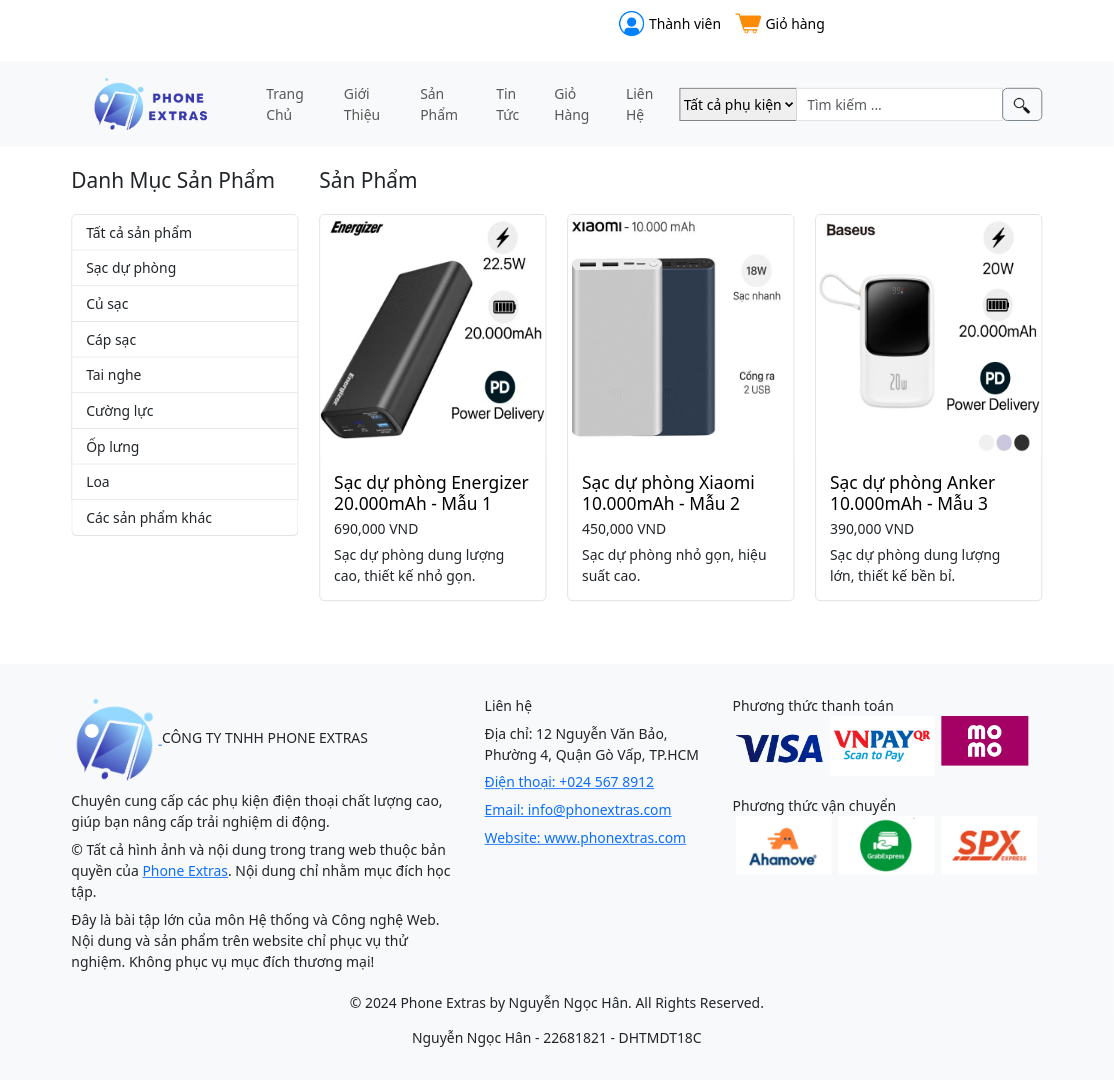
Repository: munnkawaii/BTL-PhoneExtras
Page: html/products.html
The author's editor kept a copy of each file at every save. The page is drawn from the files as they stood at one save, then again after the next save.
The browser window is 1280 px wide. The pictures show the whole page, at 87% of full size.

Above is the page before, as saved 2024-11-16 00:15:45.

### html/products.html
<!DOCTYPE html>
<html lang="vi">
<head>
    <meta charset="UTF-8">
    <meta name="viewport" content="width=device-width, initial-scale=1.0">
    <title>Phone Extras - Sản Phẩm</title>
    <link rel="stylesheet" href="../css/style.css">
    <link rel="stylesheet" href="../css/bootstrap.min.css">
    <link rel="icon" href="../img/logo/logopng.png" type="image/png">
    <script src="../js/jquery-3.6.1.js"></script>
    <script src="../js/bootstrap.bundle.min.js"></script>
</head>

<style>
    .list-group-item:hover {
        background-color: #d0e7ff;
        font-weight: bold;
    }

    .card-title a {
        color: black;
        text-decoration: none;
    }

    .card-img-top {
        height: 280px;

    }

    .card:hover .card-title a {
        color: gray;
        text-decoration: none;
    }


    .card {
        border: 1px solid #ddd;
        transition: transform 0.3s ease;
    }

    .card:hover {
        transform: scale(1.05);
    }

</style>

<script>
    $(document).ready(function() {
        // Khi nhấp vào sản phẩm, hiển thị modal tương ứng
        $('[data-toggle="modal"]').click(function() {
            var targetModal = $(this).data('target');
            $(targetModal).modal('show');
        });

        // Đóng modal khi nhấp vào nút đóng
        $('.modal .close').click(function() {
            $(this).closest('.modal').modal('hide');
        });

        // Hàm thêm sản phẩm vào giỏ hàng
        function addToCart(product) {
            let cart = JSON.parse(localStorage.getItem('cart')) || [];
            let existingProduct = cart.find(item => item.id === product.id);

            if (existingProduct) {
                existingProduct.quantity += 1;
            } else {
                cart.push({ ...product, quantity: 1 });
            }

            localStorage.setItem('cart', JSON.stringify(cart));
            alert("Đã thêm sản phẩm vào giỏ hàng!");
        }

        // Xử lý sự kiện click cho nút "Thêm vào giỏ hàng"
        $('.add-to-cart').click(function (e) {
            e.preventDefault();
            const product = {
                id: $(this).data('id'),
                name: $(this).data('name'),
                price: $(this).data('price'),
                image: $(this).data('image'),
            };
            addToCart(product);
        });
    });
</script>
<body>
    <!-- Header -->
    <header>
        <!-- top header -->
        <div class="container-fluid">
            <div class="row" id="top-header">
                <div class="col-md-9 my-2 p-1">
                    <ul id="top-contact" class="list-inline d-flex justify-content-end">
                        <li class="list-inline-item mx-2">
                            <a href="./html/thanh-vien.html" class="contact-link">
                                <img src="../img/icon/person.png" alt="" style="width: 30px; height: 30px; margin-right: 5px;">
                                <i class="fa-solid fa-users"></i> Thành viên
                            </a>
                        </li>
                        <li class="list-inline-item mx-2">
                            <a href="../html/cart.html" class="contact-link">
                                <img src="../img/icon/cart.png" alt="" style="width: 30px; height: 30px; margin-right: 5px;">
                                <i class="fa-solid fa-cart-shopping"></i> Giỏ hàng
                            </a>
                        </li>
                    </ul>
                </div>
            </div>
        </div>
    </header>

    <!-- Navigation -->
    <div class="fixed-nav">
        <nav class="navbar navbar-expand-lg navbar-light bg-light">
            <div class="container">
                <a href="index.html" class="navbar-brand">
                    <img src="../img/logo/pelogo.png" alt="Phone Extras Logo" style="height: auto; max-width: 200px;">
                </a>
                <button class="navbar-toggler" type="button" data-toggle="collapse" data-target="#navbarNav" aria-controls="navbarNav" aria-expanded="false" aria-label="Toggle navigation">
                    <span class="navbar-toggler-icon"></span>
                </button>
                <div class="collapse navbar-collapse" id="navbarNav">
                    <ul class="navbar-nav mx-auto">
                        <li class="nav-item"><a class="nav-link" href="../html/index.html">Trang Chủ</a></li>
                        <li class="nav-item"><a class="nav-link" href="../html/about.html">Giới Thiệu</a></li>
                        <li class="nav-item"><a class="nav-link" href="../html/products.html">Sản Phẩm</a></li>
                        <li class="nav-item"><a class="nav-link" href="../html/news.html">Tin Tức</a></li>
                        <li class="nav-item"><a class="nav-link" href="../html/cart.html">Giỏ Hàng</a></li>
                        <li class="nav-item"><a class="nav-link" href="../html/contact.html">Liên Hệ</a></li>
                    </ul>
                    <form id="nav-form-search" class="form-inline my-2 my-lg-0">
                        <!-- mục tìm kiếm -->
                        <div class="input-group" id="input-search-top">
                            <!-- Danh mục sản phẩm -->
                            <select name="" id="select-product-category" class="custom-select">
                                <option value="all">Tất cả phụ kiện</option>
                                <option value="case">Ốp lưng</option>
                                <option value="cable">Cáp sạc</option>
                                <option value="earphone">Tai nghe</option>
                                <option value="screen-protector">Cường lực</option>
                                <option value="power-bank">Sạc dự phòng</option>
                            </select>

                            <!-- Mục tìm kiếm -->
                            <input type="text" class="form-control" placeholder="Tìm kiếm ...">
                            <div class="input-group-append">
                                <button class="btn btn-outline-secondary bg-light" type="submit">
                                    <i class="fas fa-search"></i>
                                    <img src="../img/icon/search.png" alt="" width="20px">
                                </button>
                            </div>
                        </div>
                    </form>
                </div>
            </div>
        </nav>
    </div>

    <!-- Main Content -->
    <div class="container">
        <div class="row">
            <!-- Sidebar -->
            <div class="col-lg-3 col-md-4 col-sm-12">
                <h4 class="my-4">Danh Mục Sản Phẩm</h4>
                <div class="list-group">
                    <a href="../html/products.html" class="list-group-item">Tất cả sản phẩm</a>
                    <a href="../html/products/powerbank.html" class="list-group-item">Sạc dự phòng</a>
                    <a href="../html/products/charge.html" class="list-group-item">Củ sạc</a>
                    <a href="../html/products/cable.html" class="list-group-item">Cáp sạc</a>
                    <a href="../html/products/earphone.html" class="list-group-item">Tai nghe</a>
                    <a href="../html/products/screenprotector.html" class="list-group-item">Cường lực</a>
                    <a href="../html/products/case.html" class="list-group-item">Ốp lưng</a>
                    <a href="../html/products/speaker.html" class="list-group-item">Loa</a>
                    <a href="../html/products/more.html" class="list-group-item">Các sản phẩm khác</a>
                </div>
            </div>

            <!-- Product Grid -->
            <div class="col-lg-9 col-md-8 col-sm-12">
                <h4 class="my-4">Sản Phẩm</h4>
                <div class="row">
                    <div class="col-lg-4 col-md-6 mb-4">
                        <div class="card h-100">
                            <a href="#" data-toggle="modal" data-target="#productModal1"><img class="card-img-top" src="../img/sacdp/mau1.jpg" alt="Product 1"></a>
                            <div class="card-body">
                                <h5 class="card-title">
                                    <a href="#" data-toggle="modal" data-target="#productModal1">Sạc dự phòng Energizer 20.000mAh - Mẫu 1</a>
                                </h5>
                                <h6>690,000 VND</h6>
                                <p class="card-text">Sạc dự phòng dung lượng cao, thiết kế nhỏ gọn.</p>
                            </div>
                        </div>
                    </div>

                    <div class="col-lg-4 col-md-6 mb-4">
                        <div class="card h-100">
                            <a href="#" data-toggle="modal" data-target="#productModal2"><img class="card-img-top" src="../img/sacdp/mau2.png" alt="Product 2"></a>
                            <div class="card-body">
                                <h5 class="card-title">
                                    <a href="#" data-toggle="modal" data-target="#productModal2">Sạc dự phòng Xiaomi 10.000mAh - Mẫu 2</a>
                                </h5>
                                <h6>450,000 VND</h6>
                                <p class="card-text">Sạc dự phòng nhỏ gọn, hiệu suất cao.</p>
                            </div>
                        </div>
                    </div>

                    <div class="col-lg-4 col-md-6 mb-4">
                        <div class="card h-100">
                            <a href="#" data-toggle="modal" data-target="#productModal3"><img class="card-img-top" src="../img/sacdp/mau3.png" alt="Product 3"></a>
                            <div class="card-body">
                                <h5 class="card-title">
                                    <a href="#" data-toggle="modal" data-target="#productModal3">Sạc dự phòng Anker 10.000mAh - Mẫu 3</a>
                                </h5>
                                <h6>390,000 VND</h6>
                                <p class="card-text">Sạc dự phòng dung lượng lớn, thiết kế bền bỉ.</p>
                            </div>
                        </div>
                    </div>
                </div>
            </div>
        </div>
    </div>

    <!-- Product Modals -->
    <div class="modal fade" id="productModal1" tabindex="-1" role="dialog" aria-labelledby="productModalLabel1" aria-hidden="true">
        <div class="modal-dialog modal-lg" role="document">
            <div class="modal-content">
                <div class="modal-header">
                    <h5 class="modal-title" id="productModalLabel1">Sạc dự phòng Energizer 20.000mAh - Mẫu 1</h5>
                    <button type="button" class="close" data-dismiss="modal" aria-label="Close">
                        <span aria-hidden="true">&times;</span>
                    </button>
                </div>
                <div class="modal-body">
                    <div class="row">
                        <div class="col-md-6">
                            <img src="../img/sacdp/mau1.jpg" class="img-fluid" alt="Product 1">
                        </div>
                        <div class="col-md-6">
                            <h4>690,000 VND</h4>
                            <p>Sạc dự phòng dung lượng cao, thiết kế nhỏ gọn.</p>
                            <p>Thông số kỹ thuật:</p>
                            <ul>
                                <li>Dung lượng: 20.000mAh</li>
                                <li>Đầu ra: 2 cổng USB</li>
                                <li>Đầu vào: Micro USB, USB-C</li>
                                <li>Kích thước: 150 x 70 x 20 mm</li>
                                <li>Trọng lượng: 300g</li>
                            </ul>
                            <a href="#" class="btn btn-primary add-to-cart" data-id="1" data-name="Sạc dự phòng Energizer 20.000mAh - Mẫu 1" data-price="690000" data-image="../img/sacdp/mau1.jpg">Thêm vào giỏ hàng</a>
                        </div>
                    </div>
                </div>
            </div>
        </div>
    </div>

    <div class="modal fade" id="productModal2" tabindex="-1" role="dialog" aria-labelledby="productModalLabel2" aria-hidden="true">
        <div class="modal-dialog modal-lg" role="document">
            <div class="modal-content">
                <div class="modal-header">
                    <h5 class="modal-title" id="productModalLabel2">Sạc dự phòng Xiaomi 10.000mAh - Mẫu 2</h5>
                    <button type="button" class="close" data-dismiss="modal" aria-label="Close">
                        <span aria-hidden="true">&times;</span>
                    </button>
                </div>
                <div class="modal-body">
                    <div class="row">
                        <div class="col-md-6">
                            <img src="../img/sacdp/mau2.png" class="img-fluid" alt="Product 2">
                        </div>
                        <div class="col-md-6">
                            <h4>450,000 VND</h4>
                            <p>Sạc dự phòng nhỏ gọn, hiệu suất cao.</p>
                            <p>Thông số kỹ thuật:</p>
                            <ul>
                                <li>Dung lượng: 10.000mAh</li>
                                <li>Đầu ra: 2 cổng USB</li>
                                <li>Đầu vào: Micro USB, USB-C</li>
                                <li>Kích thước: 130 x 60 x 20 mm</li>
                                <li>Trọng lượng: 250g</li>
                            </ul>
                            <a href="#" class="btn btn-primary add-to-cart" data-id="2" data-name="Sạc dự phòng Xiaomi 10.000mAh - Mẫu 2" data-price="450000" data-image="../img/sacdp/mau2.jpg">Thêm vào giỏ hàng</a>
                        </div>
                    </div>
                </div>
            </div>
        </div>
    </div>

    <div class="modal fade" id="productModal3" tabindex="-1" role="dialog" aria-labelledby="productModalLabel3" aria-hidden="true">
        <div class="modal-dialog modal-lg" role="document">
            <div class="modal-content">
                <div class="modal-header">
                    <h5 class="modal-title" id="productModalLabel3">Sạc dự phòng Anker 15.000mAh - Mẫu 3</h5>
                    <button type="button" class="close" data-dismiss="modal" aria-label="Close">
                        <span aria-hidden="true">&times;</span>
                    </button>
                </div>
                <div class="modal-body">
                    <div class="row">
                        <div class="col-md-6">
                            <img src="../img/sacdp/mau3.png" class="img-fluid" alt="Product 3">
                        </div>
                        <div class="col-md-6">
                            <h4>550,000 VND</h4>
                            <p>Sạc dự phòng dung lượng lớn, thiết kế bền bỉ.</p>
                            <p>Thông số kỹ thuật:</p>
                            <ul>
                                <li>Dung lượng: 15.000mAh</li>
                                <li>Đầu ra: 2 cổng USB</li>
                                <li>Đầu vào: Micro USB, USB-C</li>
                                <li>Kích thước: 140 x 65 x 20 mm</li>
                                <li>Trọng lượng: 280g</li>
                            </ul>
                            <a href="#" class="btn btn-primary add-to-cart" data-id="3" data-name="Sạc dự phòng Anker 15.000mAh - Mẫu 3" data-price="550000" data-image="../img/sacdp/mau3.jpg">Thêm vào giỏ hàng</a>
                        </div>
                    </div>
                </div>
            </div>
        </div>
    </div>

    <!-- Footer Start -->
    <div id="footer" class="mt-5 w-100">
        <div class="container">
            <div id="footer-main">
                <div class="row">
                    <!-- About Us -->
                    <div class="col-md-5 mt-3">
                        <div class="brand-name">
                            <a href="../html/index.html">
                                <img src="../img/logo/logopng.png" style="width: 100px;" alt="logo">
                            </a>
                            <span class="company-name">CÔNG TY TNHH PHONE EXTRAS</span>
                        </div>
                        <div class="about mt-2">
                            <span class="contact-icon"><i class="fa-solid fa-bookmark"></i></span>
                            <div class="contact-detail">
                                Chuyên cung cấp các phụ kiện điện thoại chất lượng cao, giúp bạn nâng cấp trải nghiệm di động.
                            </div>
                        </div>
                        <div class="copyright mt-2">
                            <span class="contact-icon"><i class="fa-solid fa-check"></i></span>
                            <div class="contact-detail">
                                © Tất cả hình ảnh và nội dung trong trang web thuộc bản quyền của
                                <a href="https://phonextras.com/">Phone Extras</a>. Nội dung chỉ nhằm mục đích học tập.
                            </div>
                        </div>
                        <div class="project-purpose mt-2">
                            <span class="contact-icon"><i class="fa-solid fa-school"></i></span>
                            <div class="contact-detail">
                                Đây là bài tập lớn của môn Hệ thống và Công nghệ Web. Nội dung và sản phẩm trên website chỉ phục vụ thử nghiệm. Không phục vụ mục đích thương mại!
                            </div>
                        </div>
                    </div>

                    <!-- Contact -->
                    <div class="col-md-3 mt-3">
                        <div class="contact-title">
                            <span class="company-name">Liên hệ</span>
                        </div>
                        <div class="address mt-2">
                            <span class="contact-icon"><i class="fa-solid fa-location-dot"></i></span>
                            <div class="contact-detail">Địa chỉ: 12 Nguyễn Văn Bảo, Phường 4, Quận Gò Vấp, TP.HCM</div>
                        </div>
                        <div class="phone mt-2">
                            <span class="contact-icon"><i class="fa-solid fa-phone"></i></span>
                            <div class="contact-detail">
                                <a href="tel:+028 123 4567">Điện thoại: +024 567 8912</a>
                            </div>
                        </div>
                        <div class="email mt-2">
                            <span class="contact-icon"><i class="fa-solid fa-envelope"></i></span>
                            <div class="contact-detail">
                                <a href="mailto:info@phonextras.com">Email: info@phonextras.com</a>
                            </div>
                        </div>
                        <div class="website mt-2">
                            <span class="contact-icon"><i class="fa-solid fa-globe"></i></span>
                            <div class="contact-detail">
                                <a href="https://phonextras.com/">Website: www.phonextras.com</a>
                            </div>
                        </div>
                    </div>

                    <!-- Follow Us -->
                    <div class="col-md-4 mt-3">
                        <div class="payment-methods mb-3">
                            <span class="company-name">Phương thức thanh toán</span>
                            <ul class="nav">
                                <li class="mx-1"><img src="../img/icon/visa.png" alt="payment1" width="100px"></li>
                                <li class="mx-1"><img src="../img/icon/vnpay.png" alt="payment2" width="120px"></li>
                                <li class="mx-1"><img src="../img/icon/momo.png" alt="payment3" width="100px" height="57px" ></li>
                            </ul>
                        </div>
                        <div class="shipping-methods mb-3">
                            <span class="company-name">Phương thức vận chuyển</span>
                            <ul class="nav">
                                <li class="mx-1"><img src="../img/icon/shipment1.png" alt="shipment1" width="110px"></li>
                                <li class="mx-1"><img src="../img/icon/shipment2.png" alt="shipment2" width="110px"></li>
                                <li class="mx-1"><img src="../img/icon/shipment3.png" alt="shipment3" width="110px"></li>
                            </ul>
                        </div>
                    </div>
                </div>
            </div>

            <!-- Footer Bottom -->
            <div id="footer-bottom" class="text-center mt-4">
                <p>© 2024 Phone Extras by Nguyễn Ngọc Hân. All Rights Reserved.</p>
                <p>Nguyễn Ngọc Hân - 22681821 - DHTMDT18C</p>
            </div>
        </div>
    </div>
    <!-- Footer End -->
</body>
</html>

### css/style.css
    .img-container {
        text-align: center;
    }
    .img-responsive {
        width: 80px;
        height: auto;
    }

    .img-services{
        width: 200px;
        height: auto;
    }

    .contact-link {
        display: flex;
        align-items: center;
        color: black;
        text-decoration: none;
        transition: color 0.3s, transform 0.3s;
    }

    .contact-link:hover {
        color: rgb(59, 59, 219);
        transform: translateY(-3px);
    }


    #categories .row {
    display: flex;
    flex-wrap: wrap;
    justify-content: space-between;
    }

    #categories .col-md-3 {
        flex: 1 1 10%;
        max-width: 10%;
        box-sizing: border-box;
        padding: 10px;
    }

    #categories .col-md-3 img {
        width: 80%;
        height: auto;
    }

    #categories .col-md-3 a {
        display: flex;
        flex-direction: column;
        align-items: center;
        text-align: center;
        color: black;
        text-decoration: none;
    }

    #categories .col-md-3 a:hover {
        color: gray;
    }

    #categories .col-md-3 h4 {
        margin: 0;
        font-size: 110%;
    }


    #services {
    padding-top: 40px;
    padding-bottom: 40px;
    }

    #services .row {
        display: flex;
        flex-wrap: wrap;
        justify-content: space-between;
    }

    #services .col-md-3 {
        background-color: white;
        border-radius: 10px;
        padding: 15px;
        box-shadow: 0 4px 8px rgba(0, 0, 0, 0.1);
        margin: 10px;
        flex: 1 1 calc(25% - 20px);
        box-sizing: border-box;
    }

    #services .col-md-3 img {
        width: 40%;
        height: auto;
        margin-bottom: 10px;
    }

    #services h5 {
        font-size: 1.1em;
        margin-bottom: 8px;
    }

    #services p {
        font-size: 0.85em;
    }

    /* hiệu ứng chuyển đổi */
    #services .col-md-3 {
    transition: transform 0.3s, box-shadow 0.3s;
    }

    #services .col-md-3:hover {
        transform: translateY(-5px); /*di chuyển nhích lên*/
        box-shadow: 0 8px 16px rgba(0, 0, 0, 0.2); /*Bóng đậm*/
    }

    #footer {
    background-color: #f8f9fa;
    width: 100%;
    padding: 20px 0; /* Khoảng cách trên và dưới */
    }

Loaded but not shown: css/bootstrap.min.css (library); js/jquery-3.6.1.js (library); js/bootstrap.bundle.min.js (library)

After the next save:
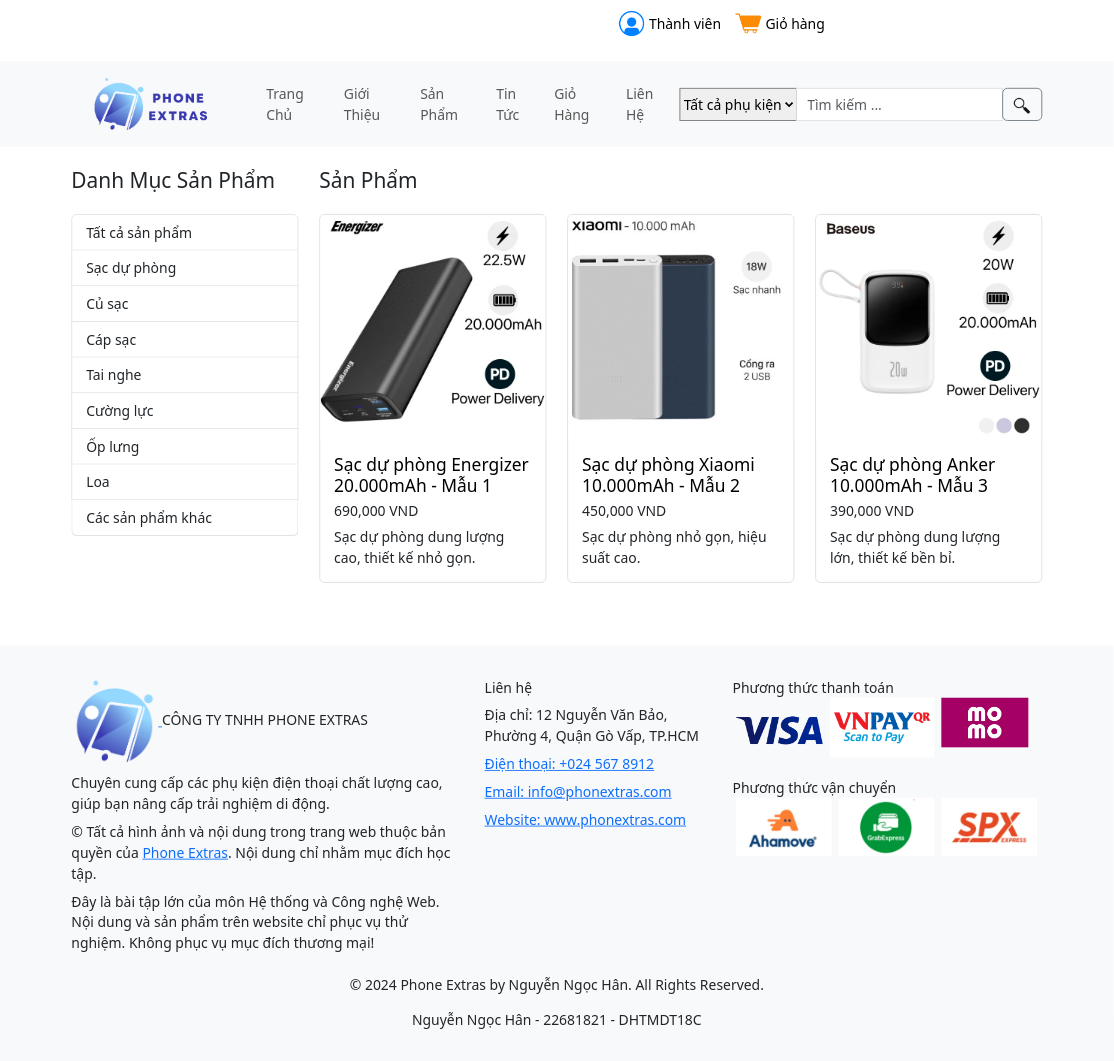
Saved 36 s later.
--- a/html/products.html
+++ b/html/products.html
@@ -22,10 +22,10 @@
         text-decoration: none;
     }
 
-    .card-img-top {
+    /* .card-img-top {
         height: 280px;
 
-    }
+    } */
 
     .card:hover .card-title a {
         color: gray;
